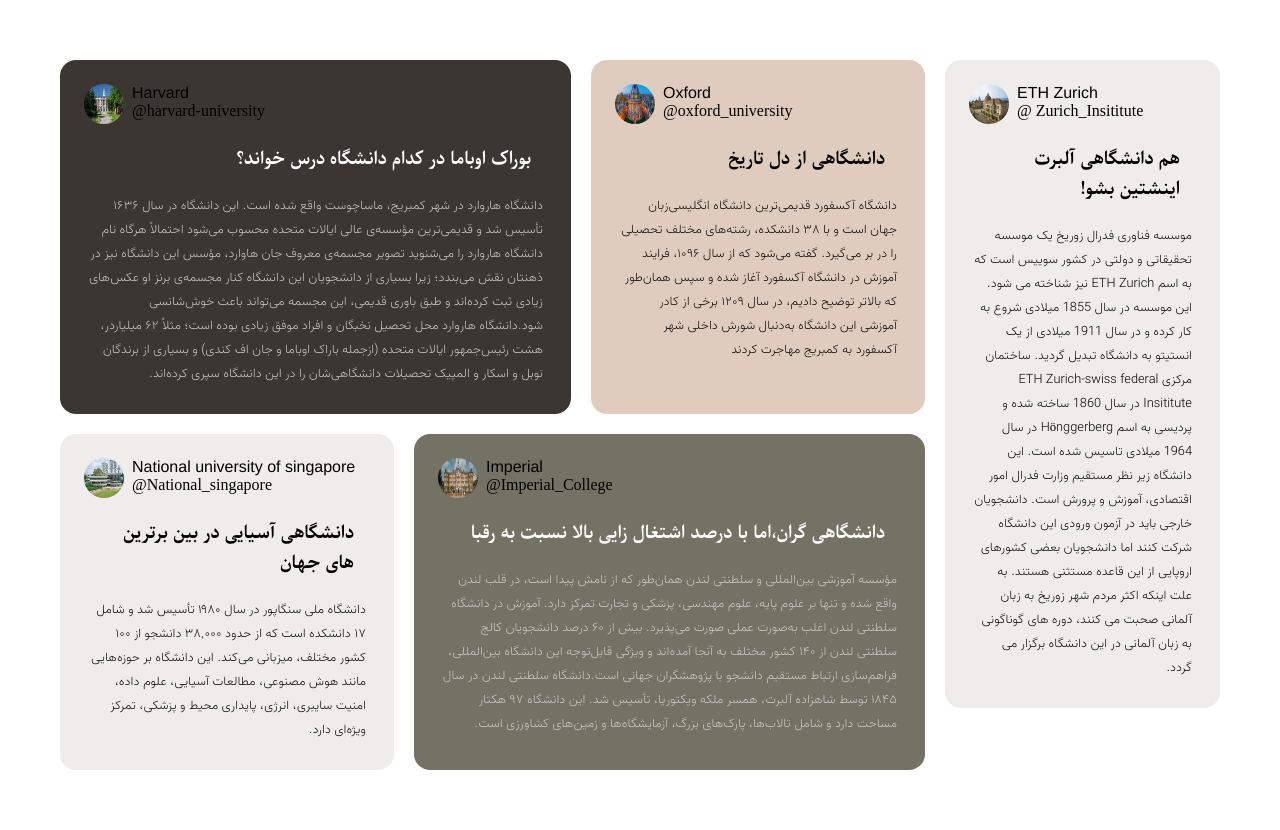
Repository: rahanwz/cards
Page: cards.html
An editor plug-in stored every save of this project. The page is shown before and after a run of saves, followed by the edit.
The browser window is 1280 px wide. The pictures show the whole page.

Above is the page before, as saved 2024-02-17 16:54:00.

### cards.html
<!DOCTYPE html>
<html lang="en">
  <head>
    <meta charset="UTF-8" />
    <meta name="viewport" content="width=device-width, initial-scale=1.0" />
    <title>Document</title>
    <link rel="stylesheet" href="cards.css" />
  </head>
  <body>
    <div class="container">
      <div class="boxcard1">
        <div class="cardcontainer big-card">
          <div class="card1">
            <div class="head">
              <div class="profile">
                <div class="profilecontaner">
                  <img
                    src="harvard-university-6591e0b9df73096be8d614ee.webp"
                    alt=""
                  />
                </div>
              </div>

              <div>
                <div class="user">Harvard</div>
                <div class="id">@harvard-university</div>
              </div>
            </div>
            <div class="descrip1" style="color: #ffffff;">بوراک اوباما در کدام دانشگاه درس خواند؟</div>
            <div class="descrip2" style=" color: #d0d0d0;">
              دانشگاه هاروارد در شهر کمبریج، ماساچوست واقع شده است. این دانشگاه
              در سال ۱۶۳۶ تأسیس شد و قدیمی‌ترین مؤسسه‌ی عالی ایالات متحده محسوب
              می‌شود احتمالاً هرگاه نام دانشگاه هاروارد را می‌شنوید تصویر
              مجسمه‌ی معروف جان هاوارد، مؤسس این دانشگاه نیز در ذهنتان نقش
              می‌بندد؛ زیرا بسیاری از دانشجویان این دانشگاه کنار مجسمه‌ی برنز او
              عکس‌های زیادی ثبت کرده‌اند و طبق باوری قدیمی، این مجسمه می‌تواند
              باعث خوش‌شانسی شود.دانشگاه هاروارد محل تحصیل نخبگان و افراد موفق
              زیادی بوده است؛ مثلاً ۶۲ میلیاردر، هشت‌ رئیس‌جمهور ایالات متحده
              (ازجمله باراک اوباما و جان اف کندی) و بسیاری از برندگان نوبل و
              اسکار و المپیک تحصیلات دانشگاهی‌شان را در این دانشگاه سپری
              کرده‌اند.
            </div>
          </div>
        </div>

        <div class="cardcontainer small-card">
          <div class="card2">
            <div class="head">
              <div class="profile">
                <div class="profilecontaner">
                  <img
                    src="oxford-university-jpg-6591b422df73096be8d6145c.webp"
                    alt=""
                  />
                </div>
              </div>
              <div>
                <div class="user">Oxford</div>
                <div class="id">@oxford_university</div>
              </div>
            </div>
            <div class="descrip1">دانشگاهی از دل تاریخ</div>
            <div class="descrip2">
              دانشگاه آکسفورد قدیمی‌ترین دانشگاه انگلیسی‌زبان جهان است و با ۳۸
              دانشکده، رشته‌های مختلف تحصیلی را در بر می‌گیرد. گفته می‌شود که از
              سال ۱۰۹۶، فرایند آموزش در دانشگاه آکسفورد آغاز شده و سپس همان‌طور
              که بالاتر توضیح دادیم، در سال ۱۲۰۹ برخی از کادر آموزشی این دانشگاه
              به‌دنبال شورش داخلی شهر آکسفورد به کمبریج مهاجرت کردند
            </div>
          </div>
        </div>

        <div class="cardcontainer small-card">
          <div class="card3">
            <div class="head">
              <div class="profile">
                <div class="profilecontaner">
                  <img src="nus-6591f1acdf73096be8d61515.webp" alt="" />
                </div>
              </div>

              <div>
                <div class="user">National university of singapore</div>
                <div class="id">@National_singapore</div>
              </div>
            </div>
            <div class="descrip1">دانشگاهی آسیایی در بین برترین های جهان</div>
            <div class="descrip2">
              دانشگاه ملی سنگاپور در سال ۱۹۸۰ تأسیس شد و شامل ۱۷ دانشکده‌ است که
              از حدود ۳۸٬۰۰۰ دانشجو از ۱۰۰ کشور مختلف، میزبانی می‌کند. این
              دانشگاه بر حوزه‌هایی مانند هوش مصنوعی، مطالعات آسیایی، علوم داده،
              امنیت سایبری، انرژی، پایداری محیط و پزشکی، تمرکز ویژه‌ای دارد.
            </div>
          </div>
        </div>
        <div class="cardcontainer big-card">
          <div class="card4">
            <div class="head">
              <div class="profile">
                <div class="profilecontaner">
                  <img
                    src="imperial-college-london-6591e911df73096be8d614fb.webp"
                    alt=""
                  />
                </div>
              </div>

              <div>
                <div class="user">Imperial</div>
                <div class="id">@Imperial_College</div>
              </div>
            </div>
            <div class="descrip1" style="color: #ffffff;">
              دانشگاهی گران،اما با درصد اشتغال زایی بالا نسبت به رقبا
            </div>
            <div class="descrip2" style="color: #cfcfcf;">
              مؤسسه آموزشی بین‌المللی و سلطنتی لندن همان‌طور که از نامش پیدا
              است، در قلب لندن واقع شده و تنها بر علوم پایه، علوم مهندسی، پزشکی
              و تجارت تمرکز دارد. آموزش در دانشگاه سلطنتی لندن اغلب به‌صورت عملی
              صورت می‌پذیرد. بیش از ۶۰ درصد دانشجویان کالج سلطنتی لندن از ۱۴۰
              کشور مختلف به آنجا آمده‌اند و ویژگی قابل‌توجه این دانشگاه
              بین‌المللی، فراهم‌سازی ارتباط مستقیم دانشجو با پژوهشگران جهانی
              است.دانشگاه سلطنتی لندن در سال ۱۸۴۵ توسط شاهزاده آلبرت، همسر ملکه
              ویکتوریا، تأسیس شد. این دانشگاه ۹۷ هکتار مساحت دارد و شامل
              تالاب‌ها، پارک‌های بزرگ، آزمایشگاه‌ها و زمین‌های کشاورزی است.
            </div>
          </div>
        </div>
      </div>
      <div class="boxcard2">
        <div class="cardcontainer">
          <div class="card5">
            <div class="head">
              <div class="profile">
                <div class="profilecontaner">
                  <img src="zurich-eth-6591f083df73096be8d6150c.webp" alt="" />
                </div>
              </div>

              <div>
                <div class="user">ETH Zurich</div>
                <div class="id">@ Zurich_Insititute</div>
              </div>
            </div>
            <div class="descrip1" ">هم دانشگاهی آلبرت اینشتین بشو!</div>
            <div class="descrip2">
              موسسه فناوری فدرال زوریخ یک موسسه تحقیقاتی و دولتی در کشور سوییس
              است که به اسم ETH Zurich نیز شناخته می شود. این موسسه در سال 1855
              میلادی شروع به کار کرده و در سال 1911 میلادی از یک انستیتو به
              دانشگاه تبدیل گردید. ساختمان مرکزی ETH Zurich-swiss federal
              Insititute در سال 1860 ساخته شده و پردیسی به اسم Hönggerberg در
              سال 1964 میلادی تاسیس شده است. این دانشگاه زیر نظر مستقیم وزارت
              فدرال امور اقتصادی، آموزش و پرورش است. دانشجویان خارجی باید در
              آزمون ورودی این دانشگاه شرکت کنند اما دانشجویان بعضی کشورهای
              اروپایی از این قاعده مستثنی هستند. به علت اینکه اکثر مردم شهر
              زوریخ به زبان آلمانی صحبت می کنند، دوره های گوناگونی به زبان
              آلمانی در این دانشگاه برگزار می گردد.
            </div>
          </div>
        </div>
      </div>
    </div>
  </body>
</html>

### cards.css
* {
  padding: 0;
  margin: 0;
  box-sizing: border-box;
}

.container {
  display: flex;
  flex-direction: column;
  width: 100%;
  height: auto;
  padding: 3rem 2.5rem;
}

.head {
  display: flex;
}

.cardcontainer {
  width: 100%;
  padding: 10px;
}

.card1 {
  background-color: #3c3633;
  padding: 1.5rem;
  border-radius: 1rem;
}
.profile img {
  width: 40px;
  height: 40px;
  margin-right: 0.5rem;
  border-radius: 50%;
}

.descrip {
  padding-top: 1.5rem;
}

.card2 {
  background-color: #e0ccbe;
  padding: 1.5rem;
  border-radius: 1rem;
}
.card3 {
  background-color: #eeedeb;
  padding: 1.5rem;
  border-radius: 1rem;
}
.card4 {
  padding: 1.5rem;
  border-radius: 1rem;
  background-color: #747264;
}

.card5 {
  background-color: #eeedeb;
  padding: 1.5rem;
  border-radius: 1rem;
}

@media (min-width: 1024px) {
  .container {
    flex-direction: row;
    padding: 50px;
    height: 100%;
  }

  .boxcard1 {
    display: flex;
    width: 75%;
    height:20%;
    flex-wrap: wrap;

  }

  .boxcard2 {
    width: 25%;
     height: 65%;
  }

  .big-card {
    width:60%;
  }
  .small-card {
    width:40%;
  }
  .card1,.card2,.card3,.card4,.card5{
    height: 100%;
  }

.descrip1,
.descrip2 {
  direction: rtl;
}

.descrip1{
 font-size: 1.1rem;
 padding: 1rem;
 font-family: titr;
}

.descrip2{
  padding: .25rem;
  font-size:.80rem;
  line-height:1.5rem;
  font-family:des;
}
.user{
  font-family: 'Franklin Gothic Medium', 'Arial Narrow', Arial, sans-serif;
}


}


@font-face{
  font-family:titr;
  src: url(font/Parastoo-Bold-FD-WOL.woff);
}



@font-face{
  font-family:des;
  src: url(font/Vazir-Thin.woff2);
}

After the next 2 saves:
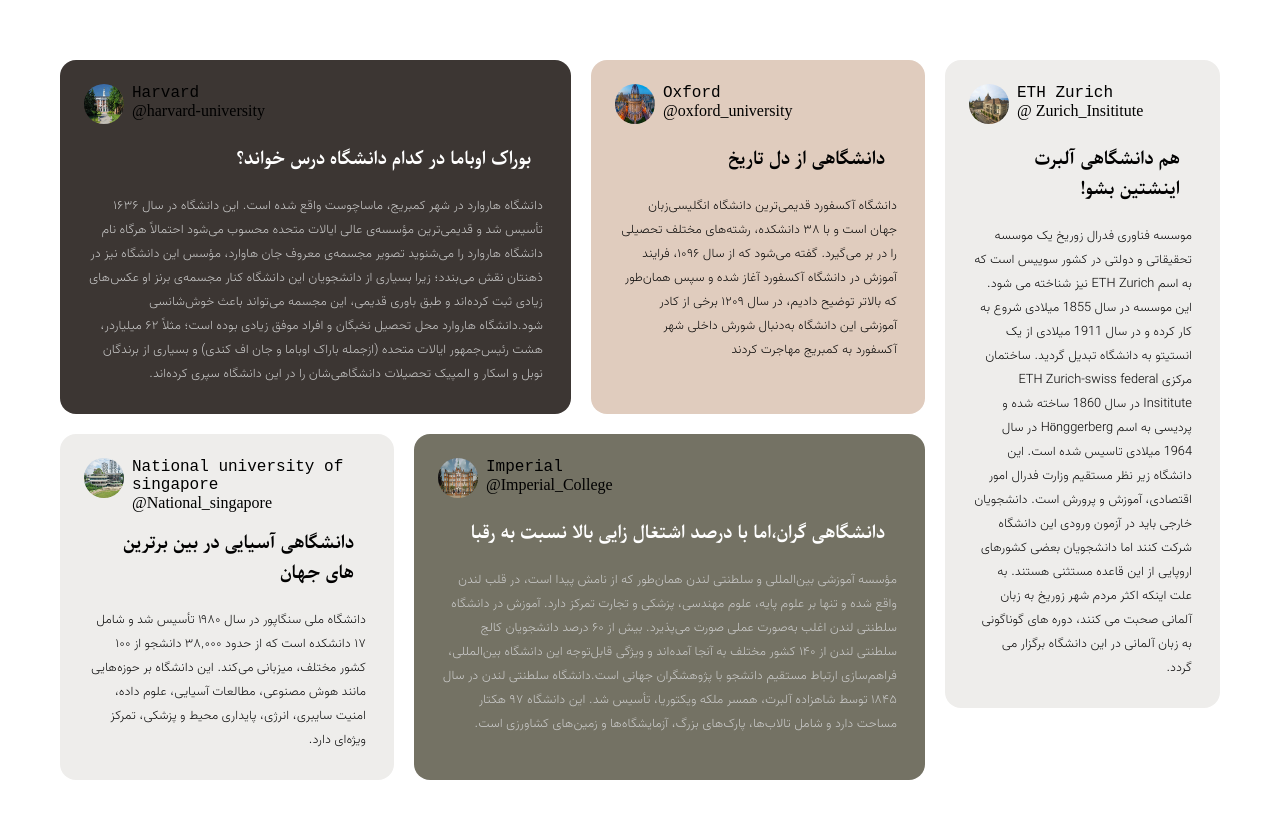
The 2 saves are shown as one change because they came seconds apart.
The last was saved 17 s later.
--- a/cards.css
+++ b/cards.css
@@ -107,7 +107,7 @@
   font-family:des;
 }
 .user{
-  font-family: 'Franklin Gothic Medium', 'Arial Narrow', Arial, sans-serif;
+  font-family: 'Courier New', Courier, monospace;
 }
 
 
